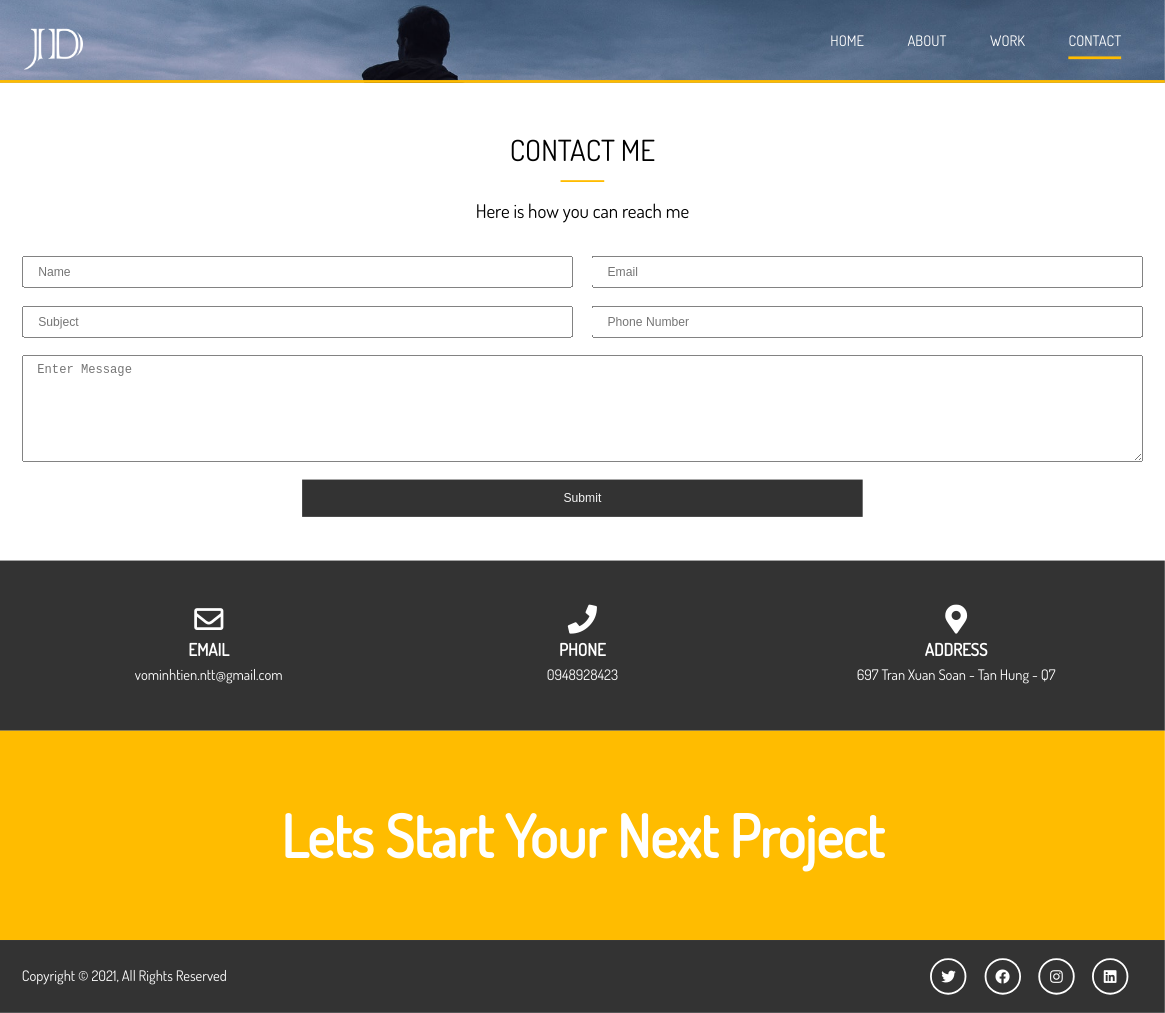
Repository: minhtien9/Portfolio_Website
Page: diet/contact.html
The author's editor kept a copy of each file at every save. The page is drawn from the files as they stood at one save, then again after the next save.
The browser window is 1280 px wide. The pictures show the whole page, at 91% of full size.

Above is the page before, as saved 2021-08-29 21:26:59.

After the next save:
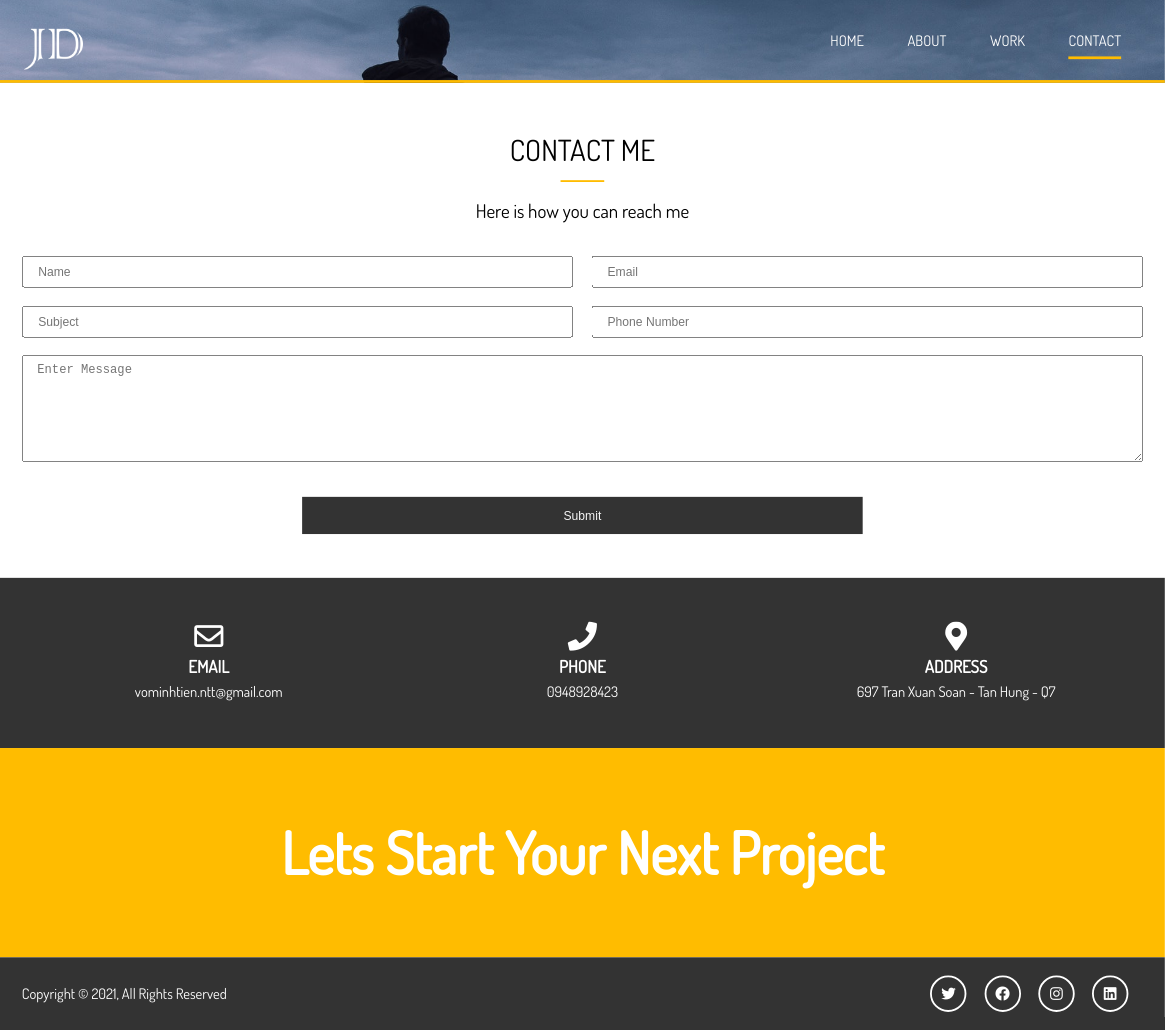
Saved 71 s later.
--- a/diet/contact.html
+++ b/diet/contact.html
@@ -71,6 +71,9 @@
               placeholder="Enter Message"
               name="message"
             ></textarea>
+            <div class="my-2">
+              <div data-netlify-recaptcha="true"></div>
+            </div>
           </div>
           <button type="submit" class="btn-dark">Submit</button>
         </form>
